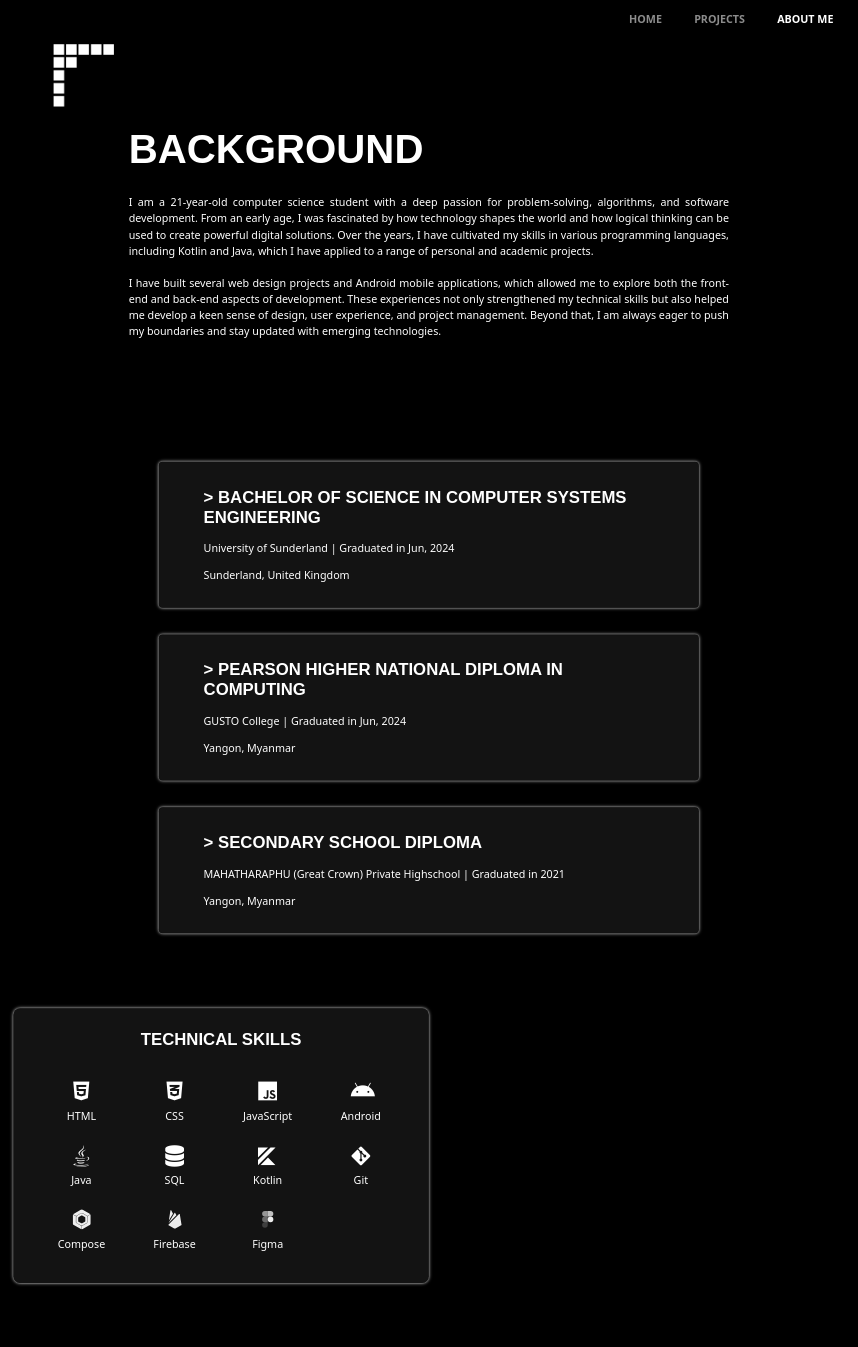
Repository: pyaestk/Portfolio-template
Page: aboutme.html
The author's editor kept a copy of each file at every save. The page is drawn from the files as they stood at one save, then again after the next save.
The browser window is 1280 px wide. The pictures show the whole page, at 67% of full size.
Some web fonts or font styles are not loaded; a fallback is used. Some web libraries are served in a nearby version.

Above is the page before, as saved 2025-05-24 13:15:27.
Console error: TypeError: Cannot read properties of null (reading 'addEventListener')

### aboutme.html
<!DOCTYPE html>

<html lang="en">

<head>
  <link href="https://cdn.jsdelivr.net/npm/bootstrap@5.3.5/dist/css/bootstrap.min.css" rel="stylesheet"
    integrity="sha384-SgOJa3DmI69IUzQ2PVdRZhwQ+dy64/BUtbMJw1MZ8t5HZApcHrRKUc4W0kG879m7" crossorigin="anonymous">
  <script src="https://cdn.jsdelivr.net/npm/bootstrap@5.3.5/dist/js/bootstrap.bundle.min.js"
    integrity="sha384-k6d4wzSIapyDyv1kpU366/PK5hCdSbCRGRCMv+eplOQJWyd1fbcAu9OCUj5zNLiq"
    crossorigin="anonymous"></script>
  <link rel="stylesheet" href="https://cdnjs.cloudflare.com/ajax/libs/font-awesome/6.1.2/css/all.min.css">
  <link href="styles.css" rel="stylesheet">

  <!-- google fonts -->
  <link rel="preconnect" href="https://fonts.googleapis.com">
  <link rel="preconnect" href="https://fonts.gstatic.com" crossorigin>
  <link href="https://fonts.googleapis.com/css2?family=Doto:wght@100..900&display=swap" rel="stylesheet">
  <link href="https://fonts.googleapis.com/css2?family=Roboto:ital,wght@0,100..900;1,100..900&display=swap"
    rel="stylesheet">

  <meta charset="utf-8">
  <meta name="viewport" content="width=device-width, initial-scale=1, minimum-scale=1, maximum-scale=1 ">

  <title>My Webpage</title>
</head>

<body class="bg-black">


  <nav class="navbar navbar-expand-lg bg-black navbar-dark sticky-top">
    <div class="container-fluid">
      <a class="navbar-brand" href="#"></a>
      <button class="navbar-toggler" type="button" data-bs-toggle="collapse" data-bs-target="#navbarNav"
        aria-controls="navbarNav" aria-expanded="false" aria-label="Toggle navigation">
        <span class="navbar-toggler-icon"></span>
      </button>
      <div class="collapse navbar-collapse justify-content-end" id="navbarNav">
        <ul class="navbar-nav text-center">
          <li class="nav-item px-3">
            <a class="nav-link" aria-current="page" href="index.html">HOME</a>
          </li>
          <li class="nav-item px-3">
            <a class="nav-link" href="projects.html">PROJECTS</a>
          </li>
          <li class="nav-item px-3">
            <a class="nav-link active" href="aboutme.html">ABOUT ME</a>
          </li>
        </ul>
      </div>
    </div>
  </nav>

  <div class="background-container text-white">
    <img src="img/decoration-block2.png" class="decoration-image-1" style="--delay: .2s;">

    <h4 class="title" style="--delay: .3s;">BACKGROUND</h4>
    <p style="--delay: .4s;">I am a 21-year-old computer science student with a deep passion for problem-solving,
      algorithms, and software development. From an early age, I was fascinated by how technology shapes the world and
      how logical thinking can be used to create powerful digital solutions. Over the years, I have cultivated my skills
      in various programming languages, including Kotlin and Java, which I have applied to a range of personal and
      academic projects.
      <br><br>
      I have built several web design projects and Android mobile applications, which allowed me to explore both the
      front-end and back-end aspects of development. These experiences not only strengthened my technical skills but
      also helped me develop a keen sense of design, user experience, and project management. Beyond that, I am always
      eager to push my boundaries and stay updated with emerging technologies.
      <!-- <br><br>
      Currently, I am particularly interested in deepening my knowledge in fields such as artificial intelligence,
      software engineering, and cybersecurity. I am constantly exploring new concepts through online courses, tutorials,
      and technical communities. My goal is to continue developing solutions that are not only technically sound but
      also meaningful and impactful.
      <br><br>
      Driven by curiosity and a desire to innovate, I see computer science as more than just a career path—it is a
      lifelong journey of learning, building, and contributing to technological advancement. -->
    </p>
  </div>


  <div class="education-container">
    <div class="card reveal3">
      <div class="card-body">
        <h4>> BACHELOR OF SCIENCE IN COMPUTER SYSTEMS ENGINEERING</h4>
        <p>University of Sunderland | Graduated in Jun, 2024</p>
        <span>Sunderland, United Kingdom</span>
      </div>
    </div>
    <div class="card reveal3">
      <div class="card-body">
        <h4>> PEARSON HIGHER NATIONAL DIPLOMA IN COMPUTING</h4>
        <p>GUSTO College | Graduated in Jun, 2024</p>
        <span>Yangon, Myanmar</span>
      </div>
    </div>
    <div class="card reveal3">
      <div class="card-body ">
        <h4>> SECONDARY SCHOOL DIPLOMA</h4>
        <p>MAHATHARAPHU (Great Crown) Private Highschool | Graduated in 2021</p>
        <span>Yangon, Myanmar</span>
      </div>
    </div>
  </div>

  <div class="container-fluid text-white my-5">
    <div class="row mx-2">
    <div class="col-12 col-md-6 mb-5 technical-skills reveal3">
      <h5 class="mb-5 text-center">TECHNICAL SKILLS</h5>

      <div class="row g-3">
        <div class="col-4 col-md-3 text-center">
          <i class="fa-brands fa-html5 fa-2x tech-icon"></i>
          <p>HTML</p>
        </div>
        <div class="col-4 col-md-3 text-center">
          <i class="fa-brands fa-css3-alt fa-2x tech-icon"></i>
          <p>CSS</p>
        </div>
        <div class="col-4 col-md-3 text-center">
          <i class="fa-brands fa-js fa-2x tech-icon"></i>
          <p>JavaScript</p>
        </div>
        <div class="col-4 col-md-3 text-center">
          <i class="fa-brands fa-android fa-2x tech-icon"></i>
          <p>Android</p>
        </div>
        <div class="col-4 col-md-3 text-center">
          <i class="fa-brands fa-java fa-2x tech-icon"></i>
          <p>Java</p>
        </div>
        <div class="col-4 col-md-3 text-center">
          <i class="fa-solid fa-database fa-2x tech-icon"></i>
          <p>SQL</p>
        </div>
        <div class="col-4 col-md-3 text-center">
          <svg xmlns="http://www.w3.org/2000/svg" viewBox="0 0 8 8" class="tech-icon">
            <path fill="currentColor" d="m1 8l3-3l3 3M0 5V1h4M0 8V6l5-5h2" />
          </svg>
          <p>Kotlin</p>
        </div>
        <div class="col-4 col-md-3 text-center">
          <i class="fa-brands fa-git-alt fa-2x tech-icon"></i>
          <p>Git</p>
        </div>
        <div class="col-4 col-md-3 text-center">
          <svg xmlns="http://www.w3.org/2000/svg" viewBox="0 0 128 128" class="tech-icon">
            <path fill="#ededed"
              d="M63.353.759c-2.022-.048-3.83.515-5.604 1.486L14.737 27.521l-1.716 1.01l-.808.555c-1.067.628-2.21 2.15-2.97 3.175l4.168 2.324l2.82 1.55l9.592 5.4l2.454 1.36c1.237-1.491 1.306-1.596 2.472-2.566l26.833-15.884c1.554-.85 3.964-1.976 5.736-1.936c1.769.041 4.04.556 5.552 1.476l23.485 13.342l2.944 1.637a26.5 26.5 0 0 1 3.825 3.052l18.723-11.19l-1.666-1.624c-1.893-1.528-2.544-1.815-3.864-2.497L69.664 2.637C67.932 1.582 65.38.807 63.353.759m.276 23.845c-.95 0-3.036.411-3.86.884l-27.905 16.57c-.823.472-1.655 1.983-2.13 2.801s-.837 2.452-.839 3.303l-.055 33.254c-.002.946.421 2.006.896 2.824s1.268 1.581 2.091 2.054l28.68 16.194c1.07.493 2.69.787 3.64.787s2.174-.147 3.709-.777l27.42-16.173c.824-.474 2.1-1.772 2.575-2.59c.475-.819 1.498-2.895 1.493-3.841l-.146-32.52c-.001-.945-.832-2.85-1.307-3.667c-.475-.82-2.284-2.36-3.108-2.833L67.623 25.58c-.824-.473-3.043-.977-3.994-.977Zm55.2 7.65l-1.163.725l-17.474 10.441c.42 1 .891 3.278.946 4.363l.002.01l.008.312v31.3a10.09 10.09 0 0 1-4.963 8.786l-25.434 15.315c-.922.545-3.108 1.394-5.452 1.841l.002 1.516l-.037 7.825l-.006 3.775l.043 8.781c1.255-.01 3.339-.766 4.423-1.36l.317-.182l.009-.004l44.498-26.253a11.54 11.54 0 0 0 5.666-10.048V37.734c-.014-1.458-.72-4.093-1.385-5.48M8.47 33.817l-.415 1.949c-.352 2.928-.29 3.223-.202 4.705l-.012 49.185c-.02 2.027-.099 4.84.899 6.606c.993 1.762 2.916 2.799 4.657 3.827l45.2 25.602l.008.004l.318.179c1.399.644 2.986 1.145 4.592 1.241l.012-4.872l.004-3.748l-.006-11.404l-.006-1.81c-1.809-.118-3.218-.654-4.14-1.199l-27.041-15.14c-1.527-.9-3.437-1.913-4.308-3.455c-.87-1.543-1.252-3.886-1.235-5.658l.017-29.064l.008-2.096c.061-1.414.277-2.403.687-4.15zm55.323 4.77c.612 0 2.044.327 2.575.632l17.503 9.854c.531.304 1.698 1.3 2.004 1.826c.306.528.84 1.754.84 2.363l.096 20.959c.002.609-.655 1.948-.963 2.476c-.306.528-1.127 1.363-1.657 1.668L66.52 88.79c-.99.406-1.78.505-2.394.505c-.612 0-1.653-.192-2.342-.51L43.297 78.349a3.8 3.8 0 0 1-1.348-1.324c-.306-.528-.579-1.212-.578-1.82l.035-21.431c0-.548.235-1.602.54-2.13c.307-.528.844-1.5 1.374-1.804l17.985-10.68c.531-.305 1.877-.57 2.489-.57z" />
          </svg>
          <p>Compose</p>
        </div>
        <div class="col-4 col-md-3 text-center">
          <svg xmlns="http://www.w3.org/2000/svg" viewBox="0 0 24 24" class="tech-icon">
            <rect width="24" height="24" fill="none" />
            <path fill="#ededed"
              d="m20 18.69l-7.3 4.05q-.75.39-1.5 0L4 18.69L17.05 5.54l.35-.1c.3 0 .47.13.5.4zM9.35 5.74L4.8 13.29L6.7 1.34c.03-.27.2-.4.5-.4c.2 0 .33.06.4.25l2.15 3.95zM13.85 7L4.3 16.59l7.25-12.3c.1-.2.25-.29.45-.29s.33.09.4.29z" />
          </svg>
          <p>Firebase</p>
        </div>
        <div class="col-4 col-md-3 text-center">
          <svg xmlns="http://www.w3.org/2000/svg" viewBox="0 0 24 24" class="tech-icon">
            <rect width="24" height="24" fill="none" />
            <path fill="#ededed" d="M11.667 2H8.333a3.333 3.333 0 1 0 0 6.667h3.334z" opacity="0.6" />
            <path fill="#ededed" d="M11.667 8.667H8.333a3.333 3.333 0 0 0 0 6.666h3.334z" opacity="0.4" />
            <path fill="#ededed" d="M18.333 12a3.333 3.333 0 1 1-6.667 0a3.333 3.333 0 0 1 6.667 0" />
            <path fill="#ededed" d="M8.333 15.334h3.334v3.333a3.333 3.333 0 1 1-3.334-3.334" opacity="0.2" />
            <path fill="#ededed" d="M11.666 2h3.333a3.333 3.333 0 1 1 0 6.667h-3.333z" opacity="0.8" />
          </svg>
          <p>Figma</p>
        </div>
      </div>
    </div>
  </div>
  </div>

  <script src="script.js"></script>
</body>

</html>

### styles.css
* {
  margin: 0;
  padding: 0;
}
html {
  scroll-behavior: smooth;
}


/* index.html */

video {
  object-fit: cover;
  width: 100vw;
  height: 100vh;
  position: fixed;
  top: 0;
  left: 0;
  z-index: -1;
  filter: brightness(50%) grayscale(100%);
  transform: scaleX(-1);
  mask-image: linear-gradient(to right, black 0%, transparent 90%);
}
.navbar-nav a {
  font-weight: bolder;
}

.intro-container {
  display: flex;
  justify-content: center;
  align-items: start;
  flex-direction: column;
  flex-wrap: wrap;
  min-height: 90vh;
  padding: 50px 0;
}
.intro-text p {
  font-size: 20px;
  text-align: start;
  padding-right: 30%;
}
.my-role {
  font-size: 25px;
}
.my-name {
  font-family: "Doto", sans-serif;
  font-size: 60px;
  font-weight: bolder;
  max-lines: 3;
}

.social-links {
  display: flex;
  align-items: center;
  flex-direction: row;
  justify-content: start; /* or center if you want them centered */
  margin-top: 50px;
}
.social-links a {
  display: inline-flex; /* So the <a> fits nicely around icon */
  align-items: center;
  justify-content: center;
}
.social-links svg {
  width: 30px;
  height: 30px;

}
.social-links .linkedin {
  padding: 0 50px;
}
.intro-btns button{
  margin-top: 20px;
  width: 200px;
  height: 50px;
  margin-right: 20px;
  font-weight: bolder;
}






/* projects.html */

.projects-container {
  width: 100%;
  height: auto;
  display: flex;
  justify-content: space-evenly;
  align-items: center;
  flex-direction: row;
  flex-wrap: wrap;
  padding: 5% 5%;
}
.project-intro{
  width: 30%;
  height: auto;
  position: sticky;
  top: 120px; /* Adjust this value as needed */
  align-self: flex-start; /* Align to the start of the container */
}
.projects-list-container {
  width: 70%;
  display: flex;
  justify-content: center;
  align-items: center;
  flex-direction: column;
}

.projects-list{
  display: grid;
  grid-template-columns: repeat(auto-fit, minmax(350px, 1fr));
  gap: 30px;
}
.project-intro h1 {
  font-size: 55px;
  color: white;
  font-family: "Doto", sans-serif;
  font-weight: bolder;
}

.projects-container .card {
  box-shadow: 0 0 5px rgb(255, 255, 255);
  height: auto;
  background-color: rgba(29, 29, 29, 0.671);
  display: flex;
  justify-content: center;
  align-items: center;
  flex-direction: column;
  padding: 10px;
  color: white;
}
.projects-container .card-body{
  padding: 20px 10px 10px 10px;
}
.projects-container .card:hover {
  box-shadow: 0 0 15px rgb(255, 255, 255);
  transition: all 0.2s ease-in-out;
}




/* education.html */
.education-container {
  width: 100%;
  height: auto;
  display: flex;
  justify-content: space-evenly;
  align-items: center;
  flex-direction: column;
  flex-wrap: wrap;
  padding: 5% 5%;
  gap: 40px;
}

.education-container .card {
  width: 70%;
  height: auto;
  background-color: rgba(29, 29, 29, 0.671);
  padding: 20px 50px;
  color: white;
  box-shadow: 0 0 5px rgb(255, 255, 255);
}


.education-container .card:hover {
  box-shadow: 0 0 15px rgb(255, 255, 255);
  transition: all 0.2s ease-in-out;
}

.education-container .card h4 {
  font-size: 25px;
  color: white;
  font-family: "Doto", sans-serif;
  font-weight: bolder;
  margin-bottom: 20px;
}



/* about me.html */
.background-container {
  position: relative; /* Needed for absolute child positioning */
  width: 100%;
  display: flex;
  justify-content: center;
  align-items: start;
  flex-direction: column;
  padding: 8% 15%;
}

.background-container h4 {
  font-size: 60px;
  font-weight: bolder;
  font-family: "Doto", sans-serif;
  margin-top: 30px;
  margin-bottom: 30px;
}
.background-container p {
  text-align: justify;
}

.decoration-image-1 {
  position: absolute; /* Take it out of flow */
  top: 10px;
  left: 80px;
  width: 90px;
  height: auto;
  pointer-events: none; /* Prevents accidental clicks */
  user-select: none;
}


.technical-skills h5 {
  font-size: 25px;
  font-weight: bolder;
  font-family: "Doto", sans-serif;

}

.technical-skills{
  background-color: rgba(29, 29, 29, 0.671);
  box-shadow: 0 0 5px rgb(255, 255, 255);
  color: white;
  border-radius: 10px;
  padding: 30px 40px;
  text-align: start;
}

.technical-skills:hover{
  box-shadow: 0 0 15px rgb(255, 255, 255);
  transition: all 0.2s ease-in-out;
}

.tech-icon{
  width: 30px;
  height: 30px;
  margin-bottom: 10px;
}

.contact-container {
  width: 100%;
  height: auto;
  display: flex;
  justify-content: center;
  align-items: center;
  flex-direction: column;
  padding: 5% 5%;
}




/* on load animation */
.intro-body h1,
.intro-body p,
.intro-body .intro-btns,
.projects-container .card,
.project-intro h1, .project-intro p,
.background-container h4,
.background-container p,
.background-container image{
  display: block;
  opacity: 0;
  animation: reveal 0.5s forwards var(--delay);
}
@keyframes reveal {
  /* from { translate: - 20px; }
  to { translate: none; opacity: 1;} */
  from {
    transform: translateY(10px);
  }
  to {
    transform: translateY(0);
    opacity: 1;
  }
}

/* on scroll animation */

.reveal1 {
  position: relative;
  transform: translateX(70px);
  opacity: 0;
  transition: 1.1s all ease;
}
.reveal1.active {
  transform: translateX(0);
  opacity: 1;
}

.reveal2 {
  position: relative;
  transform: translateX(-70px);
  opacity: 0;
  transition: 1.1s all ease;
}
.reveal2.active2 {
  transform: translateX(0);
  opacity: 1;
}

.reveal3 {
  position: relative;
  transform: translateY(50px);
  opacity: 0;
  transition: 1.1s all ease;
}
.reveal3.active3 {
  transform: translateX(0);
  opacity: 1;
}




/* for small screen size */

@media (max-width: 1170px) {

  /* index.html */
  .intro-body {
    margin-top: 50px;
    margin-bottom: 50px;
    text-align: center;
  }
  .my-role {
    font-size: 20px;
  }
  .my-name {
    font-size: 27px;
  }
  .intro-text p {
    text-align: center;
    font-size: 15px;
    padding-right: 0;
  }

  /* projects.html */
  .projects-container {
    width: 100%;
    height: auto;
    display: flex;
    justify-content: space-evenly;
    align-items: center;
    flex-direction: row;
    flex-wrap: wrap;
    padding: 0px;
    gap: 40px;
  }
  .project-intro{
    width: auto;
    position: static;
    margin-top: 30px;
  }
  .projects-list{
    display: grid;
    grid-template-columns: repeat(auto-fit, minmax(280px, 1fr));
    gap: 30px;
  }
  .project-intro h1 {
    font-size: 35px;
    margin-top: 30px;
  }
  .project-intro p {
    font-size: 13px;
  }
  .intro-btns button{
    margin-left: 20px;
  }

  .projects-list-container {
    width: 80%;
  }
  .projects-list-container .card{
    margin-bottom: 20px;
  }
  .projects-list-container .card-text{
    font-size: 13px;
  }


  /* education.html */
  .education-container{
    padding: 10% 0%;
    gap: 30px;
  }

  .education-container .card h4{
    font-size: 20px;
  }
  .education-container p{
    font-size: 13px;
  }
  .education-container .card span {
    font-size: 13px;
  }

  .education-container .card {
    box-shadow: 0 0 10px rgb(255, 255, 255);
    padding: 15px 15px;
    width: 85%;
  }

  /* about me.html */
  .background-container {
    align-items: center;
  }
  .background-container h4 {
    font-size: 40px;
    margin-top: 55px;
  }
  .background-container p {
    font-size: 13px;
    padding-right: 0;
    text-align: justify;
  }
  .decoration-image-1 {
    position: absolute; /* Take it out of flow */
    top: 20px;
    left: 40px;
    width: 50px;
  }

  .skills-container {
    padding: 15px 15px;
  }
  .skills-container h5 {
    font-size: 23px;
  }
  .skills-container h6 {
    font-size: 18px;
  }
  .skills-container p {
    font-size: 13px;
  }

}

### script.js
/* on scroll animation */
function reveal() {
  var reveals3 = document.querySelectorAll(".reveal3");
  for (var i = 0; i < reveals3.length; i++) {
    var windowHeight = window.innerHeight;
    var elementTop = reveals3[i].getBoundingClientRect().top;
    var elementVisible = 50;
    if (elementTop < windowHeight - elementVisible) {
      reveals3[i].classList.add("active3");
    } else {
      reveals3[i].classList.remove("active3");
    }
  }
}
// Also run reveal() on scroll
window.addEventListener("scroll", reveal);

//download CV
document.getElementById("downloadBtn").addEventListener("click", function () {
  const fileUrl = "my cv.pdf"; // PDF file in the same folder

  const a = document.createElement("a");
  a.href = fileUrl;
  a.download = "CV.pdf"; // The filename when downloaded

  document.body.appendChild(a);
  a.click();
  document.body.removeChild(a);
});

After the next save:
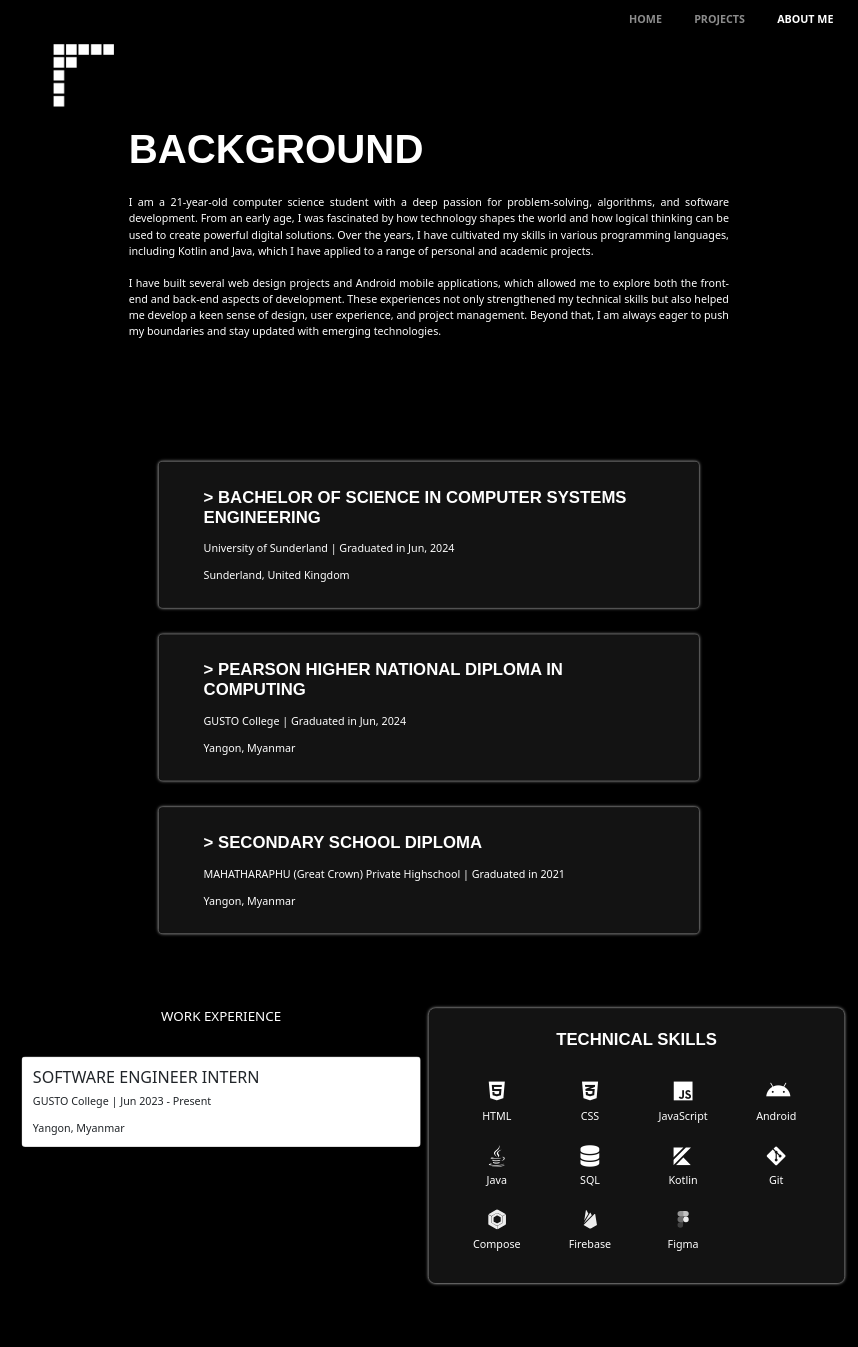
Saved 30 s later.
--- a/aboutme.html
+++ b/aboutme.html
@@ -102,6 +102,18 @@
 
   <div class="container-fluid text-white my-5">
     <div class="row mx-2">
+
+      <div class="col-12 col-md-6 mb-5">
+        <h5 class="mb-5 text-center">WORK EXPERIENCE</h5>
+        <div class="card reveal3">
+          <div class="card-body">
+            <h4>SOFTWARE ENGINEER INTERN</h4>
+            <p>GUSTO College | Jun 2023 - Present</p>
+            <span>Yangon, Myanmar</span>
+          </div>
+        </div>
+      </div>
+
     <div class="col-12 col-md-6 mb-5 technical-skills reveal3">
       <h5 class="mb-5 text-center">TECHNICAL SKILLS</h5>
 
